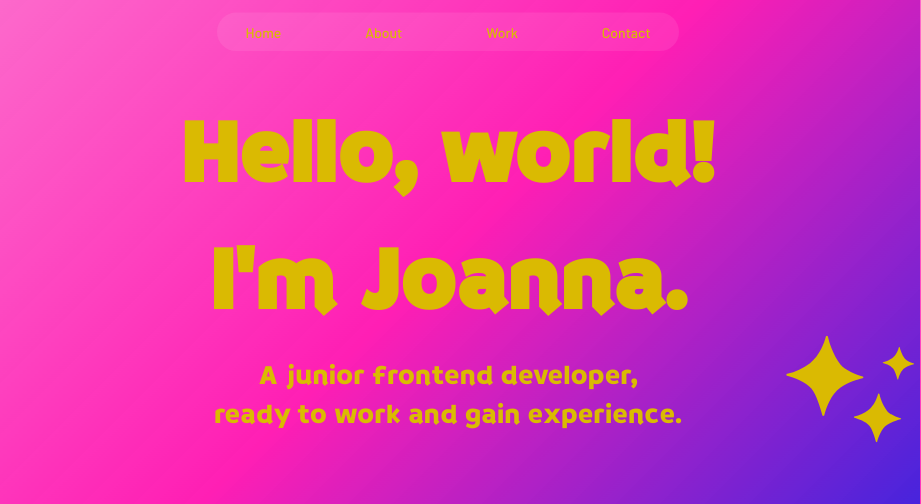
Repository: JJonka/portfolio_site
Page: /
An editor plug-in stored every save of this project. The page is shown before and after the next save, followed by the edit.
The browser window is 1280 px wide. The page is 1315 px wide, so the pictures cover 1315 px, including what lies to the right of the window. The pictures show the part of the page from y = 0 to 1880 px (the page is 720 px tall before and 6266 px after), at 70% of full size.
The project was rebuilt for these pictures with package versions that can differ from the ones it lists, and the page was loaded fresh each time. Also part of the build but not shown: vite.config.ts, src/components/EndOfSection.module.scss, src/components/EndOfSection.tsx, src/pages/About.tsx, src/components/LogoIcon.module.scss, src/components/LogoIcon.tsx, src/pages/Contact.tsx, src/pages/Work.module.scss and 1 more.

Above is the page before, as saved 2023-10-08 12:31:51.

### index.html
<!doctype html>
<html lang="en">
  <head>
    <meta charset="UTF-8" />
    <link rel="icon" href="./src/assets/jj_logo.svg">
    <meta name="viewport" content="width=device-width, initial-scale=1.0" />
    <title>Joanna Jurasz - software developer</title>
  </head>
  <body>
    <div id="root"></div>
    <script type="module" src="/src/index.tsx"></script>
  </body>
</html>

### src/index.tsx
import React from 'react';
import ReactDOM from 'react-dom/client';
import App from './App';
import { BrowserRouter } from 'react-router-dom';


const root = ReactDOM.createRoot( document.getElementById('root') as HTMLElement);

root.render(
  <BrowserRouter>
    <App />
  </BrowserRouter>
);

### src/App.tsx
import { Routes, Route } from 'react-router-dom';
import HomePage from './pages/HomePage';
import About from './pages/About';
import Contact from './pages/Contact';
import Work from './pages/Work';
import './App.css'


const App = () => {
    return (
      <div>
      <div className='mainBackground' />
      <div className='layer1' />
      <div className='layer2' />

      <Routes>
        <Route path='/' element={ <HomePage /> } />
        <Route path='/about' element={ <About /> } />
        <Route path='/work' element={ <Work /> } />
        <Route path='/contact' element={ <Contact /> }/>
      </Routes>
      </div>
    )
}

export default App;

### src/pages/HomePage.tsx
import Menu from "../components/Menu";
import styles from "./HomePage.module.scss"

const  HomePage = () => {
    return (
      <div className={styles.card}>

        <div className={styles.container}>
        <Menu></Menu>

          <h1 className={styles.header}>Hello, world!<br />I'm Joanna.</h1>
          <h2 className={styles.introduction}>A junior frontend developer, <br />ready to work and gain experience.</h2>
          <img src="..\src\assets\stars.svg" className={styles.imgBottom}></img>
        </div>
      </div>
    )
}

export default HomePage;

### src/App.css
@font-face {
  font-family: 'Barlow-Light';
  src: url(/fonts/Barlow-Light.ttf);
}

@font-face {
	font-family: 'Barlow-Regular' ;
	src: url(/fonts/Barlow-Regular.ttf);
}

body {
	display: flex;
	flex-direction: column;
    align-items: center;
    font-family: 'Barlow-Light';
	text-align: center;
    padding-left: calc(100vw - 100%);
    --main-color: #daba02;
}

.mainBackground {
    background-image: linear-gradient(135deg, #fc79d0 10%, #ff00aaec 50% , #2719e0 85%);
    animation: slide 8s linear infinite alternate;
    animation-fill-mode: backwards;
    animation-delay: -1s;
    position: fixed;
    top: 0;
    bottom: 0;
    left: -50%;
    right: -50%;
    opacity: 0.95;
    z-index: -1;
}




@keyframes slide {
    0% {
        transform: translateX(-20%);
    }
    100% {
        transform: translateX(5%);
    }

}

### src/components/Menu.tsx
import styles from "./Menu.module.scss";
import  LinkToPage  from "./LinkToPage"

const Menu = () => {

    return (
        <div className={styles.menu}>
            <LinkToPage
                link = {'/'}
                urlTo = {"http://localhost:5173/"}
                linkTitle= {"Home"}
            ></LinkToPage>
            <LinkToPage
                link = {'/about'}
                urlTo = {"http://localhost:5173/about"}
                linkTitle= {"About"}
            ></LinkToPage>
            <LinkToPage
                link = {'/work'}
                urlTo = {"http://localhost:5173/work"}
                linkTitle= {"Work"}
            ></LinkToPage>
            <LinkToPage
                link = {'/contact'}
                urlTo = {"http://localhost:5173/contact"}
                linkTitle= {"Contact"}
            ></LinkToPage>
        </div>
    )
};

export default Menu;

### src/pages/HomePage.module.scss
@font-face {
    font-family: 'BraahOne-Regular';
    src: url(/fonts/BraahOne-Regular.ttf);
}

.header {
    color: var(--main-color);
    font-family: "BraahOne-Regular";
    font-size: 130px;
    margin-bottom: 10px;
    margin-top: 25px;
}

.introduction {
    color: var(--main-color);
    font-family: "BraahOne-Regular";
    font-size: 40px;
    font-weight: 50;
    margin-top: 5px;

}

.imgTop {
    position: absolute;
    top: 20px;
    left: 0;
    max-width: 40%;
    max-height: 40%;
    -webkit-transform: scaleX(-1);
    transform: scaleX(-1);
}

.imgBottom {
    position: absolute;
    bottom: 0;
    right: 0;
    max-width: 30%;
    max-height: 30%;
}

.container {
    display: flex;
    flex-direction: column;
    align-items: center;
    position: relative;
    width: 1350px;
    height: 650px;
}

.card {
    display: flex;
    flex-direction: column;
    align-items: center;
}

### src/pages/About.module.scss
@font-face {
	font-family: 'Barlow-Regular' ;
	src: url(/fonts/Barlow-Regular.ttf);
}

.card {
    display: flex;
    flex-direction: column;
    align-items: center;
}

.header {
    color: var(--main-color);
    font-family: "BraahOne-Regular";
    font-size: 100px;
    margin-bottom: 10px;
    margin-top: 15px;
}

.container {
    justify-content: center;
    display: flex;
    flex-direction: row;
    height: 450px;
    width: 1100px;
    gap: 50px;
    margin-bottom: 10px;
    margin-top: 20px;
}

.image {
    max-width: 90%;
    max-height: 90%;
}

.text {
    height: 400px;
    width: 550px;
    display: flex;
    flex-direction: column;
    align-items: center;
    justify-content: center;
}

.aboutMe {
    font-family: "Barlow-Regular";
    font-size: 20px;
    color:  rgb(3, 54, 121);
    margin: 0;
    padding: 30px;

}

.box {
    background-color: rgba(255, 255, 255, 0.16);
    border-color: var(--main-color);
    border-radius: 50px;
    border-style: solid;
    border-width: 2px;
    text-align: justify;
}

### src/pages/Contact.module.scss
@font-face {
	font-family: 'Barlow-Regular' ;
	src: url(/fonts/Barlow-Regular.ttf);
}
@font-face {
    font-family: 'Barlow-Medium';
    src: url(/fonts/Barlow-Medium.ttf);
}

.card {
    align-items: center;
    display: flex;
    flex-direction: column;
}

.container {
    display: flex;
    flex-direction: column;
    align-items: center;
    height: 500px;
    width: 1100px;
    margin-bottom: 100px;
}

.header {
    color: var(--main-color);
    font-family: "BraahOne-Regular";
    font-size: 70px;
    margin-bottom: 10px;
    margin-top: 30px;

}

.logos {
    display: flex;
    flex-direction: row;
    gap: 250px;
    margin-top: 50px;
    margin-bottom: 120px;
    justify-content: center;
    width: 1000px;
}

a {
    text-decoration: none;
}

### src/components/Menu.module.scss
@font-face {
    font-family: 'Barlow-Medium';
    src: url(/fonts/Barlow-Medium.ttf);
}


.menu {
    border-radius: 50px;
    font-family: 'Barlow-Medium';
    font-size: 20px;
    margin-top: 10px;
    margin-bottom: 30px;
    width: 620px;
    height: 15px;
    padding: 20px;
    display: flex;
    flex-direction: row;
    align-items: center;
    justify-content: center;
    column-gap: 30px;
    background-color:rgba(255, 255, 255, 0.083);;

}

### src/components/LinkToPage.tsx
import { Link } from "react-router-dom";
import styles from "./LinkToPage.module.scss"

interface LinkTo  {
    link: string
    urlTo: string
    linkTitle: string
}

const LinkToPage = (props: LinkTo) => {
    return (
        <div>
            <Link to={props.link} className={document.URL == props.urlTo ? styles.active : styles.link}>{props.linkTitle} </Link>
        </div>
    )
}

export default LinkToPage

### src/components/LinkToPage.module.scss
.link {
    text-decoration: none;
    color: var(--main-color);
    margin: 10px 25px;
    padding: 5px 20px;
}

.link:hover {
    margin: 10px 25px;
    padding: 5px 20px;
    background-color: rgba(255, 255, 255, 0.259);
    border-radius: 50px;
    transition: background-color 1s;
}

.active {
    text-decoration: none;
    color: var(--main-color);
    margin: 10px 25px;
    padding: 5px 20px;
    background-color: rgba(255, 255, 255, 0.259);
    border-radius: 50px;
}

After the next save:
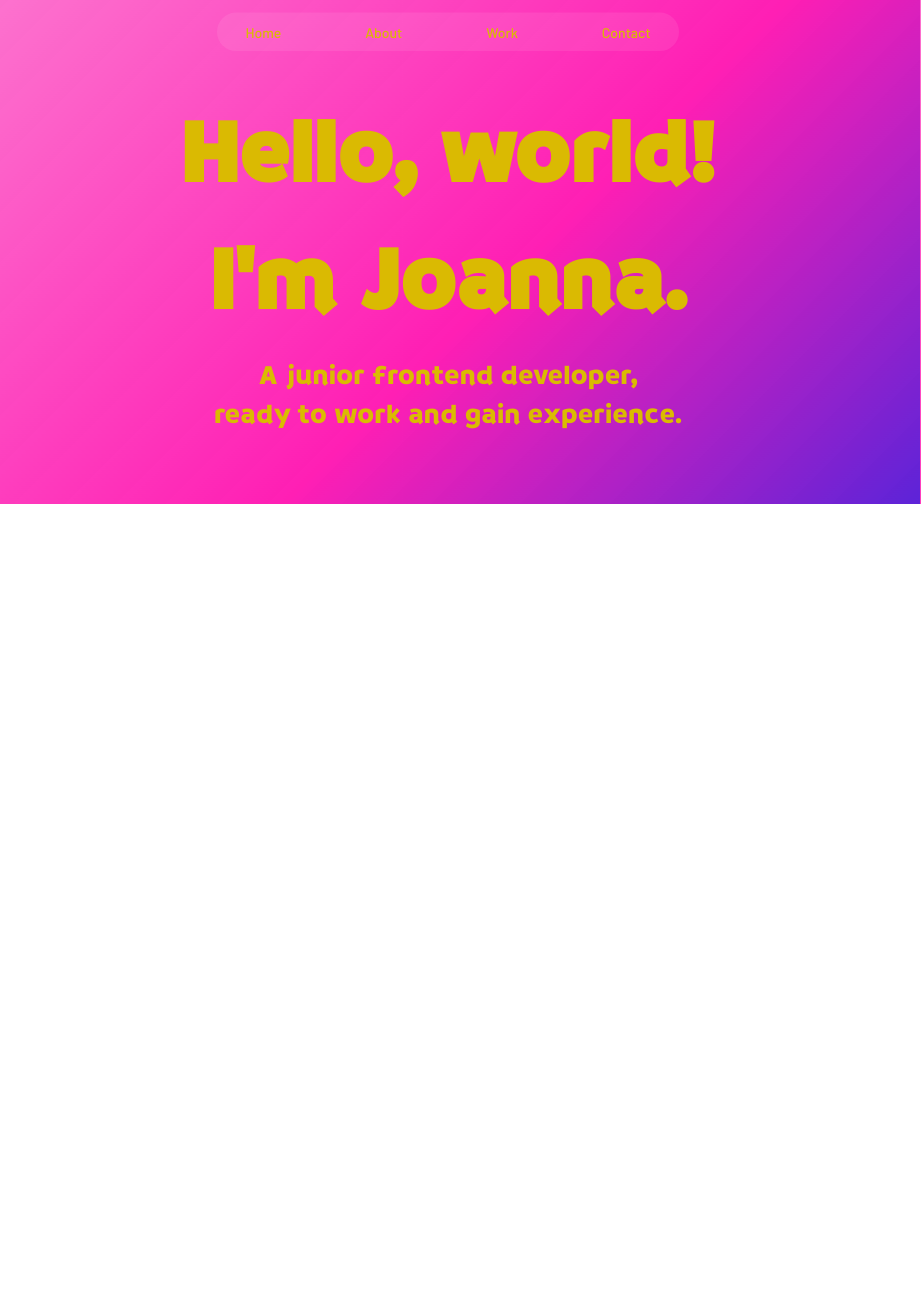
Saved 9 s later.
--- a/src/pages/HomePage.module.scss
+++ b/src/pages/HomePage.module.scss
@@ -44,7 +44,7 @@
     align-items: center;
     position: relative;
     width: 1350px;
-    height: 650px;
+    height: 6250px;
 }
 
 .card {

After the save that followed:
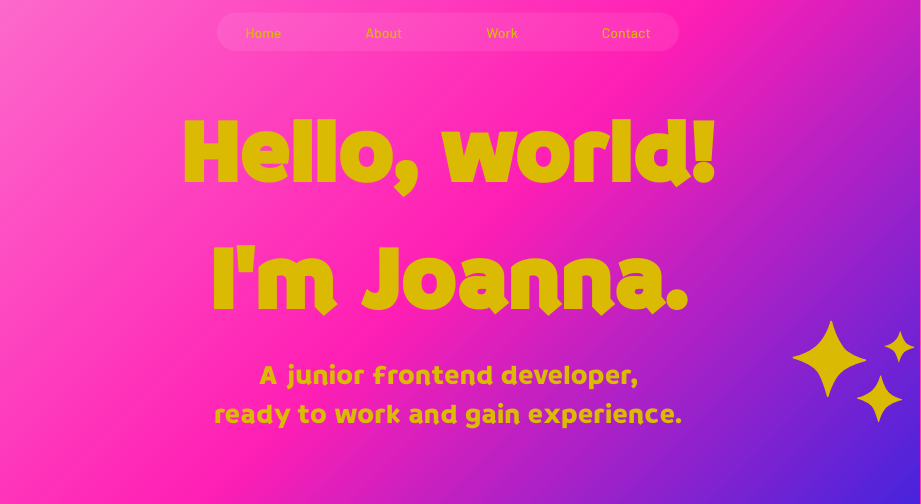
Saved 6 s later.
--- a/src/pages/HomePage.module.scss
+++ b/src/pages/HomePage.module.scss
@@ -44,7 +44,7 @@
     align-items: center;
     position: relative;
     width: 1350px;
-    height: 6250px;
+    height: 620px;
 }
 
 .card {
